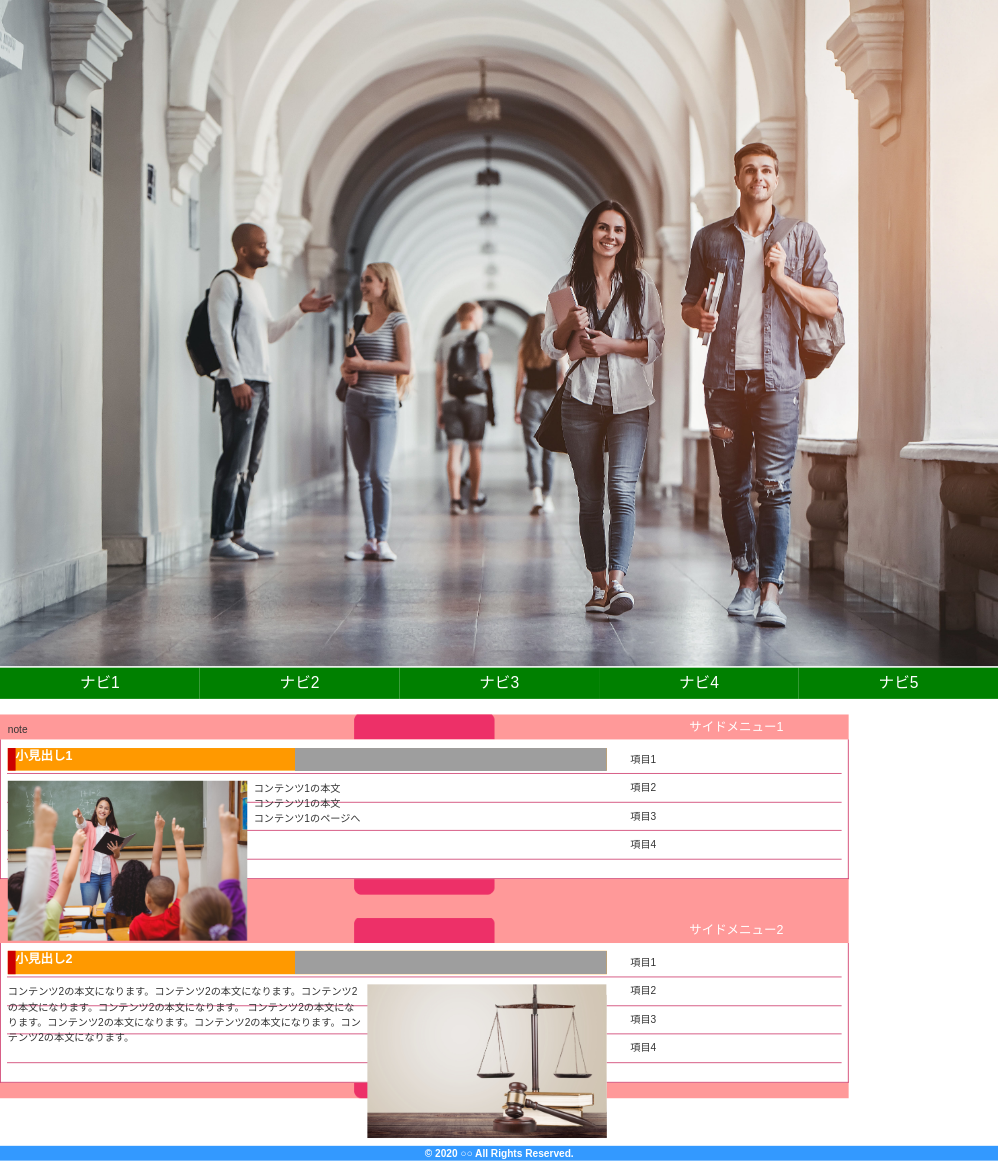
Repository: gotcha430/samurai_HTML-CSS
Page: Sec4real/home.html
The author's editor kept a record of every edit. The page is drawn from the files as they stood at one moment, then again after the next edit.
The browser window is 1280 px wide. The pictures show the whole page, at 78% of full size.
Pictures or frames that could not be fetched are drawn as grey boxes.

Above is the page before.

### Sec4real/home.html
<!DOCTYPE html>
<html lang="jp">
<head>
    <meta charset="UTF-8">
    <title>HTML/CSSの学習(実装ver.)</title>
    <!--stylesheet.cssの読み込み-->
    <link rel="stylesheet" href="stylesheet.css">

</head>
<body>
    <!--headerの設定-->
    <div id="header">
        <h1><a href="home.html"><img id="corridor" src="images/corridor.jpg" alt="大学の廊下" /></a></h1>
    </div>

    <div id="wrapper">
        <div id="nav">
            <ul>
                <li><a href="home.html">ナビ1</a></li>
                <li><a href="#">ナビ2</a></li>
                <li><a href="#">ナビ3</a></li>
                <li><a href="#">ナビ4</a></li>
                <li><a href="#">ナビ5</a></li>
            </ul>
        </div>

     <!--メイン実装-->
         <div id="container">
             <div id="main">
                 <div class="post">
                     <p>note</p>
                 </div>

                 <div class="post clearfix">
                     <h2>小見出し1</h2>
                     <img class="left" src="images/classroom.jpg" alt="授業風景"/>
                     <p>コンテンツ1の本文</p>
                     <p>コンテンツ1の本文</p>
                     <p><a herf="#">コンテンツ1のページへ</a></p>
                 </div>

                 <div class="post clearfix">
                        <h2>小見出し2</h2>
                        <img class="right" src="images/scale.jpg" alt="天秤" />
                        <p>コンテンツ2の本文になります。コンテンツ2の本文になります。コンテンツ2の本文になります。コンテンツ2の本文になります。
                        コンテンツ2の本文になります。コンテンツ2の本文になります。コンテンツ2の本文になります。コンテンツ2の本文になります。</p>
                </div>
            </div>
        </div>
    <!--サイドメニュー実装!-->
        <div id="side">
            <div class="box">
                <h2>サイドメニュー1</h2>
                <div class="boxBody">
                    <ul>
                        <li>項目1</li>
                        <li>項目2</li>
                        <li>項目3</li>
                        <li>項目4</li>
                    </ul>
                </div>
            </div>
            <div class="box">
                <h2>サイドメニュー2</h2>
                <div class="boxBody">
                    <ul>
                        <li>項目1</li>
                        <li>項目2</li>
                        <li>項目3</li>
                        <li>項目4</li>
                    </ul>
                </div>
            </div>
        </div>
    </div>
    <!--フッター実装-->
    <div id="footer">
        <p>&copy; 2020 ○○ All Rights Reserved.</p>
    </div>
</body>
</html>

### Sec4real/stylesheet.css
@charset "utf-8";

body {
	margin: 0;
	padding: 0;
	font-family: "ヒラギノ角ゴ Pro W3", "Hiragino Kaku Gothic Pro", "メイリオ", Meiryo, Osaka, "ＭＳ Ｐゴシック", "MS PGothic", sans-serif;
	color: #333;
	font-size: 13px;
	line-height: 150%;
}

/* -------------------- wrapper -------------------- */
#wrapper {
	width: 100%;
	margin: auto;
	padding: 0px;
	border: 0px;
	background-color: #FFF;
}
 /* -------------------- header -------------------- */
#header {
 	width: 100%;
}
#header h1 {
 	 margin: 0;
	 padding: 0;
}

#corridor {
	 width: 100%;
	 height: auto;
}
#footer {
    clear: both;
    width: 100%;
    /*padding: 3px 0 3px 0;*/
    background: #39F;
    color: #FFF;
    font-weight: bold;
	text-align: center;
}

 /* -------------------- nav -------------------- */
 #nav {
	 width: 100%;
}
 #nav ul {
 	display:flex;
	margin: 0;
	padding: 0;
	list-style-type: none;
}
 #nav ul li {
	/*float: left;*/
	width: 20%;
	text-align: center;
 }
 #nav ul li a {
	 display: block;
	  height: 20px;
	margin: 0;
	padding: 10px;
	color: #FFF;
	font-size: 20px;
	text-decoration: none;
	background-color: green;
}
/*セレクト時にpop-upして影つける*/
#nav ul li a:hover{
	filter:drop-shadow(10px 10px 10px black);
}
#container{
	width:100%;
	margin:auto;
	padding:auto;
	padding-top:20px;
	clear: both;
}
#main{
	float:left;
	width:60%;
	padding:10px 30px 10px 10px;
}
#main h2{
	padding:0 0 10px 0;
	color:#FFF;
	font-size:16px;
	border-left:solid 10px #C00;
	background:#F90 url(../images/main_h2.jpg) right top repeat-y;
}
#main p{
	padding:0;
	margin:0;
}
#main .post img.right {
	margin: 0 0 0 8px;
}
#main .post img.left {
	margin: 0 8px 0 0;
}

.right {
	float: right;
	width: 40%;
	height: auto;
}
.left {
	float: left;
	width: 40%;
	height: auto;
}
/* -------------------- clearfix -------------------- */
.clearfix {
	zoom: 1;
}
.clearfix:after{
	content: "";
	display: block;
	clear: both;
}
/*sidemenu*/
#side{
	width:85%;
	/*float:right;*/

	/*width:30%;*/
	/*padding:20px;*/
	background-color:#F99;
}
#side .box{
	margin:0 auto 30px auto;
	padding: 0 0 20px 0;
	background:url(images/side_box.png) bottom no-repeat;
}
#side .box h2 {
	 margin: 0;
	 padding: 8px;
	 text-align: center;
	color: #fff;
	 font-size: 16px;
	 line-height: 16px;
	 font-weight: normal;
	 background: url(images/side_boxH2.png) center no-repeat;
}
#side .box .boxBody {
	 padding: 8px;
	 border-right: solid 1px #C36;
	 border-bottom: solid 1px #C36;
	 border-left: solid 1px #C36;
	 background: #fff;
}
#side .box .boxBody ul {
	 margin: 0 0 16px 0;
	 padding: 0;
}
#side .box .boxBody ul li {
	 padding: 8px 0 8px 4px;
	 list-style: none;
	 border-bottom: solid 1px #C36;
}
#side .box .boxBody ul li:hover{
	 padding: 8px 0 8px 4px;
	 list-style: none;
	 border-bottom: solid 1px #C36;
	 box-shadow:0 4px 4px rgba(0,0,0,0.3);
}

After the next edit:
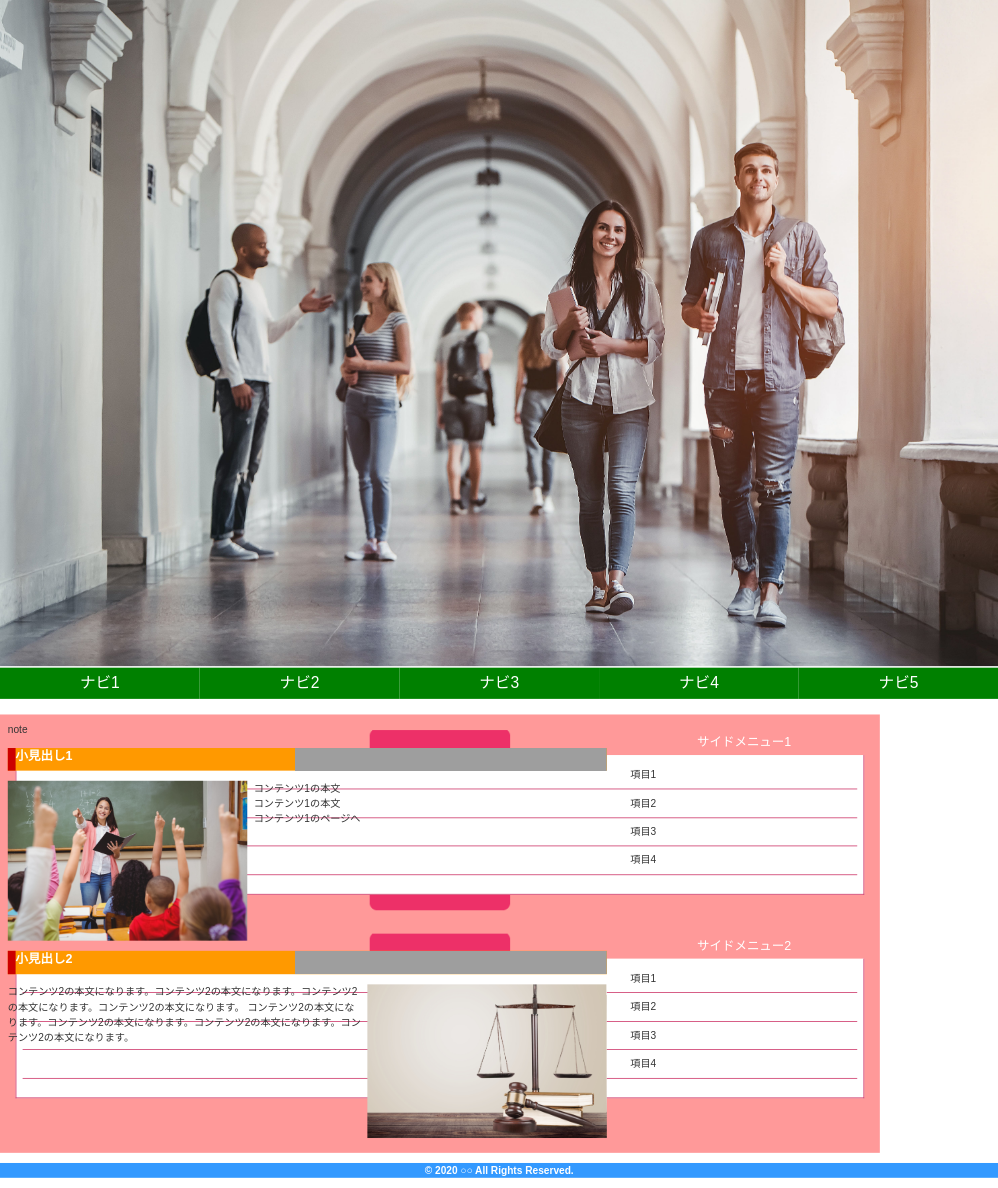
The edit:
--- a/Sec4real/stylesheet.css
+++ b/Sec4real/stylesheet.css
@@ -124,7 +124,7 @@
 	/*float:right;*/
 
 	/*width:30%;*/
-	/*padding:20px;*/
+	padding:20px;
 	background-color:#F99;
 }
 #side .box{
